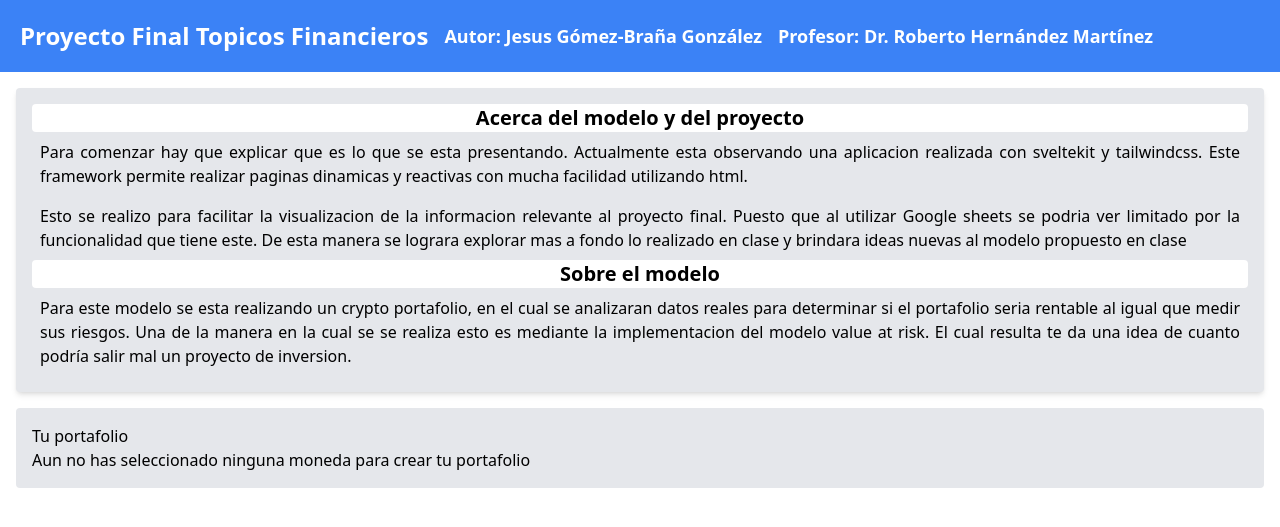
Repository: SistemaACT/Portafolio
Page: /
An editor plug-in stored every save of this project. The page is shown before and after the next save, followed by the edit.
The browser window is 1280 px wide. The pictures show the whole page.
The page's requests for data from a server got no answer. The project was rebuilt for these pictures with package versions that can differ from the ones it lists, and the page was loaded fresh each time. The framework's server and built-in components were replaced by stand-ins that run in the browser. No one was signed in, and anything a server would have sent is missing. Also part of the build but not shown: svelte.config.js, vite.config.ts.

Above is the page before, as saved 2024-07-07 12:29:32.

After the next save:
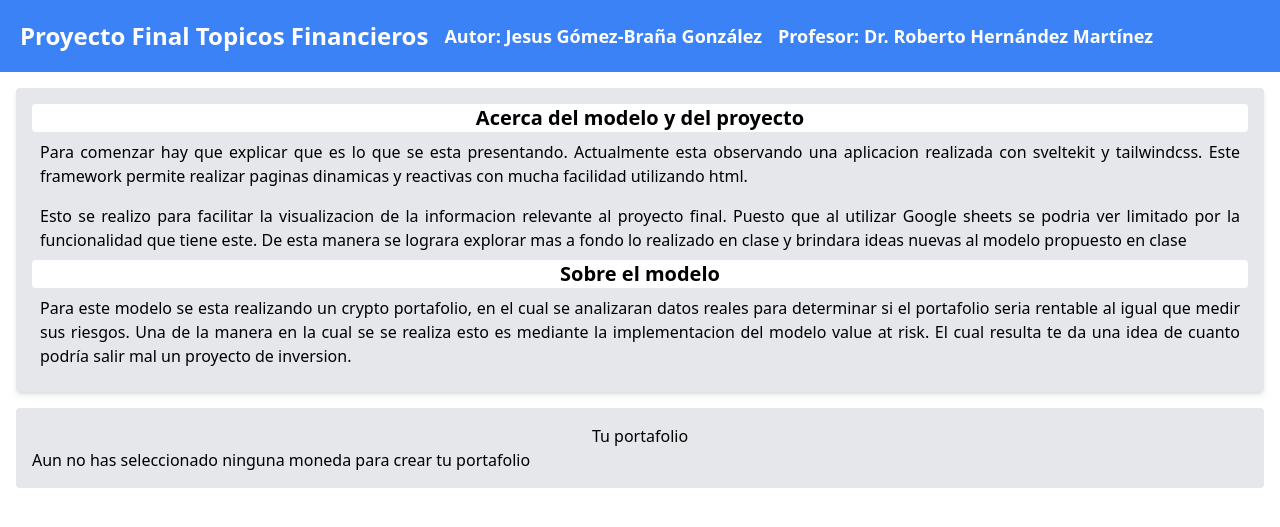
Saved 15 s later.
--- a/src/routes/+page.svelte
+++ b/src/routes/+page.svelte
@@ -74,7 +74,7 @@
 {/if}
 
 <div class="m-4 p-4 bg-gray-200 rounded">
-  <h2>Tu portafolio</h2>
+  <h2 class="w-full text-center">Tu portafolio</h2>
   {#if selected_coins.length==0}
     <p>Aun no has seleccionado ninguna moneda para crear tu portafolio</p>
   {:else}
